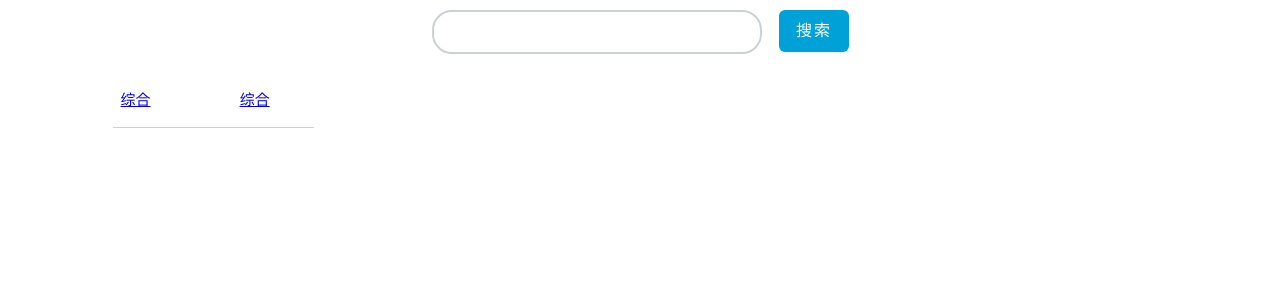
Repository: red-code-yl/web-project
Page: doc/food.html
These files come from the project's save history. The page is drawn as it stood at one moment and after the next save; the edit follows.
The browser window is 1280 px wide. The pictures show the whole page.

Above is the page before, as saved 2020-06-17 20:43:12.

After the next save:
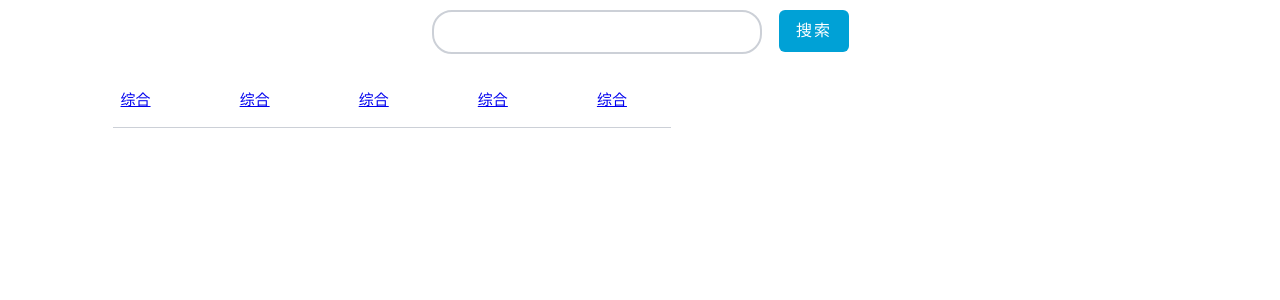
Saved 5 s later.
--- a/doc/food.html
+++ b/doc/food.html
@@ -33,6 +33,18 @@
                                     <a href="#">综合</a>
                                     <span></span>
                                 </li>
+                                <li class="fenlei-list-1" style="height: 56px;line-height: 56px;width: 11.11%;">
+                                    <a href="#">综合</a>
+                                    <span></span>
+                                </li>
+                                <li class="fenlei-list-1" style="height: 56px;line-height: 56px;width: 11.11%;">
+                                    <a href="#">综合</a>
+                                    <span></span>
+                                </li>
+                                <li class="fenlei-list-1" style="height: 56px;line-height: 56px;width: 11.11%;">
+                                    <a href="#">综合</a>
+                                    <span></span>
+                                </li>
                             </ul>
                         </div>
                     </div>
